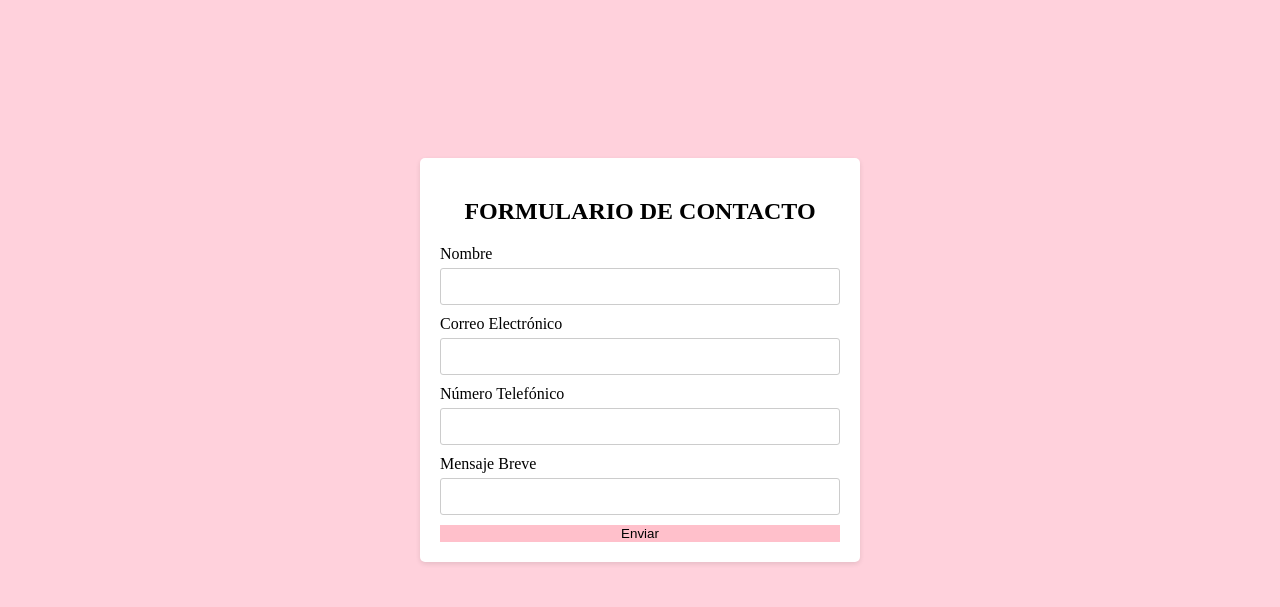
Repository: UVMCoyoacan/InnovaWeb
Page: indexformu.html
The author's editor kept a copy of each file at every save. The page is drawn from the files as they stood at one save, then again after the next save.
The browser window is 1280 px wide. The pictures show the whole page.

Above is the page before, as saved 2024-03-01 13:27:36.

### indexformu.html
<!DOCTYPE html>
<html>
<head>
    <title>FORMULARIO DE CONTACTO</title>
    <style>
        body {
            font-family: 'Times New Roman', Times, serif;
            background-color: #ffd1dc;
            margin: 0;
            padding: 0;
            display: flex;
            justify-content: center;
            align-items: center;
            height: 100vh;
        }
        .container {
            width: 400px;
            padding: 20px;
            background-color: #fff;
            border-radius: 5px;
            box-shadow: 0 2px 5px rgba(0, 0, 0, 0.1);
        }
        h2 {
            margin-bottom: 20px;
            text-align: center;
        }
        label {
            display: block;
            margin-bottom: 5px;
        }
        input[type="text"],
        input[type="email"],
        input[type="tel"],
        input[type="msj"] {
            width: 100%;
            padding: 10px;
            margin-bottom: 10px;
            border: 1px solid #ccc;
            border-radius: 3px;
            box-sizing: border-box;
        }
        input[type="submit"] {
            background-color: pink;
            color: black;
            border: 1vmin;
            padding: 5px, 20px;
            cursor: pointer;
            border-radius: 0px;
            width: 100%;
            display: block;
        }
        input[type="submit"]:hover {
            background-color: pink;
        }
    </style>
</head>
<body>
    <div class="container">
        <h2>FORMULARIO DE CONTACTO</h2>

        <form action="recibedatosCV.html" method="get">

        <form>
            <label for="nombre">Nombre</label>
            <input type="text" id="nombre" name="nombre" required>

            <label for="email">Correo Electrónico</label>
            <input type="email" id="email" name="email" required>

            <label for="telefono">Número Telefónico</label>
            <input type="tel" id="telefono" name="telefono" required>

            <label for="mensaje">Mensaje Breve </label>
            <input type="text" id="mensaje" name="mensaje" required>

            <input type="submit" value="Enviar">
        </form>
    </div>
</body>
</html>

After the next save:
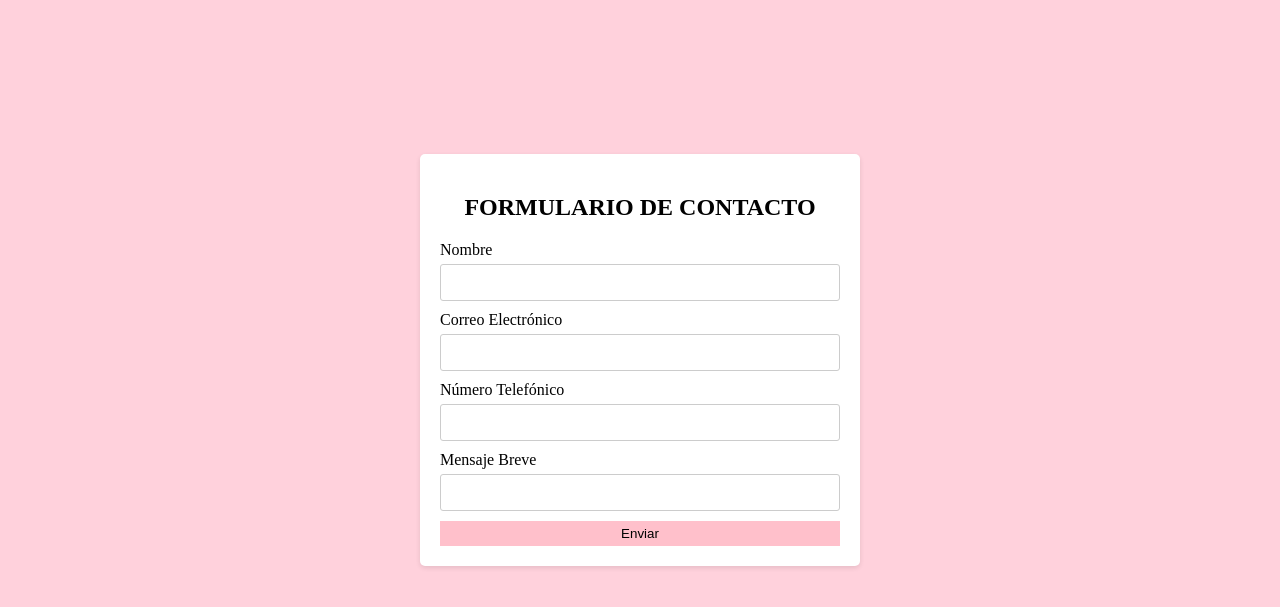
Saved 12 s later.
--- a/indexformu.html
+++ b/indexformu.html
@@ -43,7 +43,7 @@
             background-color: pink;
             color: black;
             border: 1vmin;
-            padding: 5px, 20px;
+            padding: 5px 20px;
             cursor: pointer;
             border-radius: 0px;
             width: 100%;
